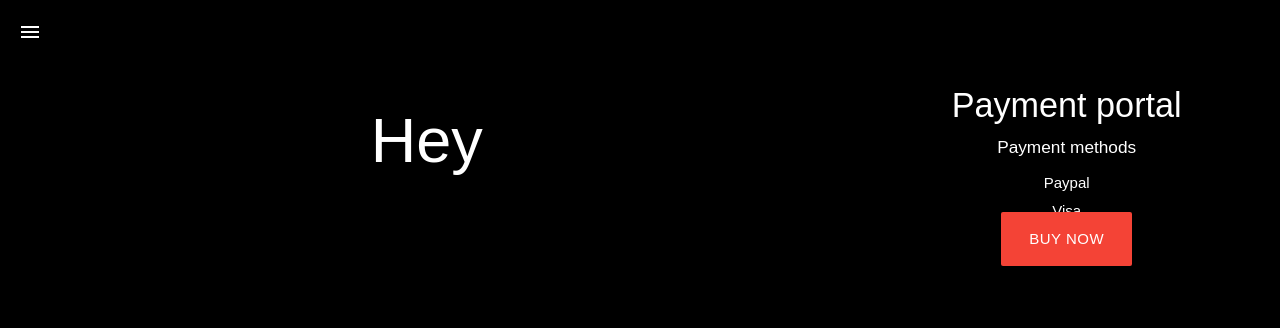
Repository: Ajtheult/final-project
Page: /cart
An editor plug-in stored every save of this project. The page is shown before and after the next save, followed by the edit.
The browser window is 1280 px wide. The pictures show the whole page.
Some web fonts or font styles are not loaded; a fallback is used. Some web libraries are served in a nearby version. The project was rebuilt for these pictures with package versions that can differ from the ones it lists, and the page was loaded fresh each time. Also part of the build but not shown: src/layout/pages/LandingPage.js, src/layout/pages/About.js, src/layout/pages/catalogue/Keys.js, src/layout/pages/catalogue/String.js, src/layout/pages/catalogue/Woodwind.js, src/layout/pages/catalogue/Percussion.js, src/layout/pages/login/Login.js, src/layout/pages/login/NewSignUp.js.

Above is the page before, as saved 2020-07-23 10:40:37.

After the next save:
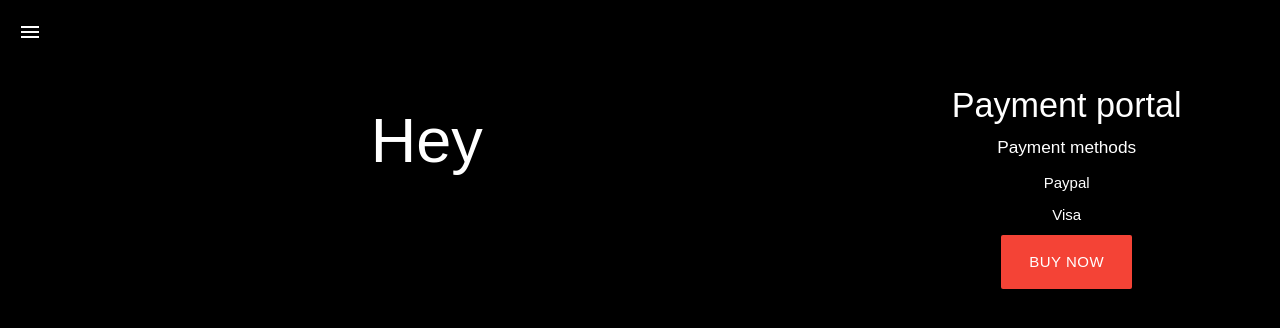
Saved 10 s later.
--- a/src/App.css
+++ b/src/App.css
@@ -238,5 +238,5 @@ body {
 }
 
 .move_payment_up {
-  margin: -10px;
-}
+  line-height: 10px;
+}
